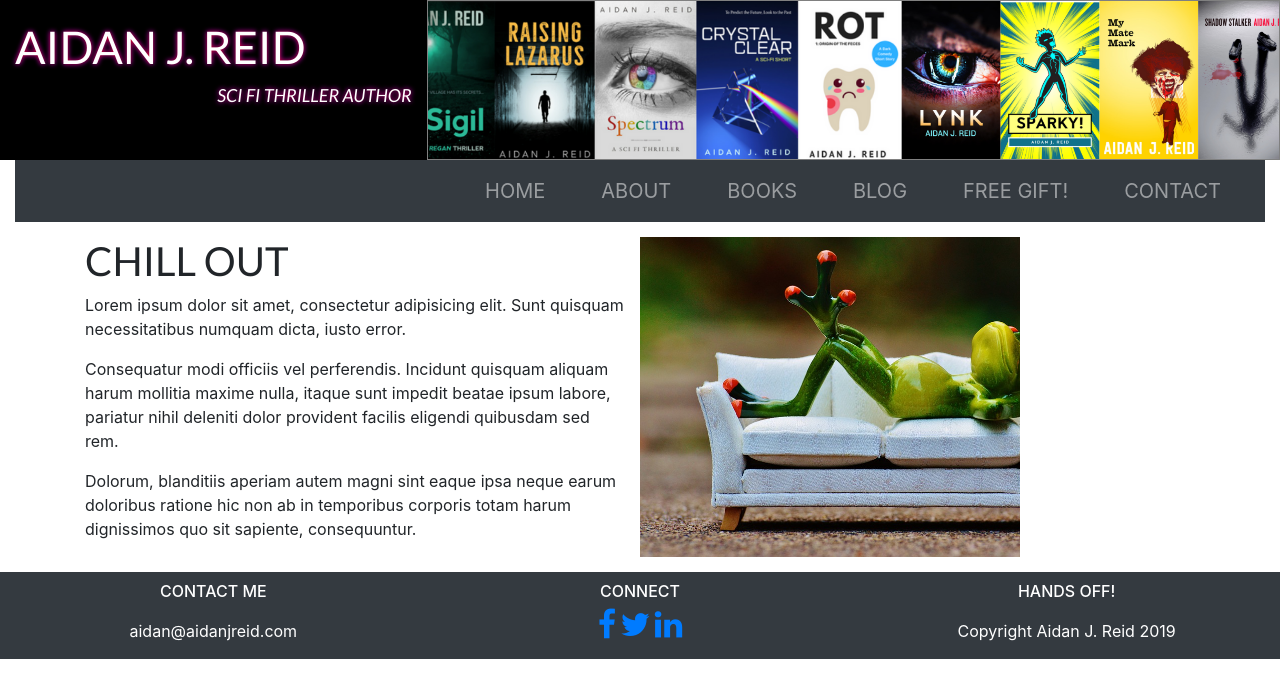
Repository: AidanJReid/Author-Website
Page: blog2.html
The author's editor kept a record of every edit. The page is drawn from the files as they stood at one moment, then again after the next edit.
The browser window is 1280 px wide. The pictures show the whole page.

Above is the page before.

### blog2.html
<!DOCTYPE html>
<html lang="en">

<head>
    <meta charset="UTF-8">
    <meta name="viewport" content="width=device-width, initial-scale=1.0">
    <meta http-equiv="X-UA-Compatible" content="ie=edge">
    <link rel="stylesheet" href="https://stackpath.bootstrapcdn.com/bootstrap/4.3.1/css/bootstrap.min.css" integrity="sha384-ggOyR0iXCbMQv3Xipma34MD+dH/1fQ784/j6cY/iJTQUOhcWr7x9JvoRxT2MZw1T" crossorigin="anonymous">
    <link rel="stylesheet" href="https://stackpath.bootstrapcdn.com/font-awesome/4.7.0/css/font-awesome.min.css" type="text/css" />
    <link href="https://fonts.googleapis.com/css?family=Lato:300i,400,400i,700,700i&display=swap" rel="stylesheet">
    <link rel="stylesheet" href="assets/css/style.css" type="text/css" />
    <title>Milestone Project 1</title>
</head>

<body>
    <header>
        <div class="container-fluid">
            <div class="row">
                <div class="col-4 logo">
                    <a href="index.html">
                        <h4 id="Name">Aidan J. Reid</h4>
                        <p id="Title"><em>Sci fi thriller author</em></p>
                    </a>
                </div>
                <div class="col-8 slides">
                </div>
            </div>
        </div>
        <div class="container-fluid">
            <nav class="navbar bg-dark navbar-dark navbar-expand-sm">
                <button class="navbar-toggler" type="button" data-toggle="collapse" data-target="#collapsibleNavbar">
                <span class="navbar-toggler-icon"></span>
                </button>
                <div class="collapse navbar-collapse justify-content-end" id="collapsibleNavbar">
                    <ul class="navbar-nav">
                        <li class="nav-item">
                            <a href="#home" class="nav-link">Home</a>
                        </li>
                        <li class="nav-item">
                            <a href="#welcome" class="nav-link">About</a>
                        </li>
                        <li class="nav-item">
                            <a href="#books" class="nav-link">Books</a>
                        </li>
                        <li class="nav-item">
                            <a href="#blog" class="nav-link">Blog</a>
                        </li>
                        <li class="nav-item">
                            <a href="#free" class="nav-link">Free Gift!</a>
                        </li>
                        <li class="nav-item">
                            <a href="#form" class="nav-link">Contact</a>
                        </li>
                    </ul>
                </div>
            </nav>
        </div>

    </header>

    <div class="container">
        <div class="row blog-content">
            <div class="col-6">
                <h1>Chill out</h1>
                <p>Lorem ipsum dolor sit amet, consectetur adipisicing elit. Sunt quisquam necessitatibus numquam dicta, iusto error. </p>
                <p>Consequatur modi officiis vel perferendis. Incidunt quisquam aliquam harum mollitia maxime nulla, itaque sunt impedit beatae ipsum labore, pariatur nihil deleniti dolor provident facilis eligendi quibusdam sed rem. </p>
                <p>Dolorum, blanditiis aperiam autem magni sint eaque ipsa neque earum doloribus ratione hic non ab in temporibus corporis totam harum dignissimos quo sit sapiente, consequuntur.</p>
            </div>
            <div class="col-4" id="frog">
            </div>
        </div>
    </div>

    <div class="container-fluid footer footer-dark bg-dark">
        <footer="container">
            <div class="row">
                <div class="col-sm-4 foot-col">
                    <h6>Contact Me</h6>
                    <p>aidan@aidanjreid.com</p>
                </div>
                <div class="col-sm-4 foot-col">
                    <h6>Connect</h6>
                    <a href="http://www.facebook.com/aidanjreid"><i class="fa fa-facebook fa-2x"></i></a>
                    <a href="http://www.twitter.com/aidanjreid"><i class="fa fa-twitter fa-2x"></i></a>
                    <a href="http://www.facebook.com/aidanjreid"><i class="fa fa-linkedin fa-2x"></i></a>
                </div>
                <div class="col-sm-4 foot-col">
                    <h6>Hands off!</h6>
                    <p>Copyright Aidan J. Reid 2019</p>
                </div>
            </div>
            </footer>
    </div>
</body>

</html>

### assets/css/style.css
/* --------------------------- MISC/FONTS */

#body-bg {
    background:url("../images/gen-bg2.png"); /*Free uncredited canva img as part of my subscription */
    background-size: contain;
    background-repeat: repeat;
}

h1 {
    font-family: 'Lato', sans-serif; /*link to style in html head*/
    text-transform: uppercase;
}

/* --------------------------- HEADER */

header {
    margin: 0px;
}

#Name {
    display: inline-block;
    font-size: 45px;
    width: 100%;
    padding-top: 20px;
}

.logo a {
    text-shadow: 0 0 5px #FF0000, 0 0 5px #0000FF;
    text-transform: uppercase;
    color: white;
}

.logo {
    background-color: black;
    font-family: 'Lato', sans-serif;
}

#Title {
    font-size: 18px;
    float: right;
}


/* --------------------------- Slide Gallery */

/* CSS Animation code found on Youtube - link in README.md */
/* all book cover images featured in slide are author's by copyright */

.slides {
    position: relative;
    background: url("../images/scroll.png");
    background-size: cover;
    background-position: 0 0;
    animation: animate 5s linear infinite;
    animation-direction: alternate;
    border: 1px solid gray;
    height: 160px;
}

@keyframes animate {
    from {
        background-position: 0 0;
    }
    to {
        background-position: 70% 0;
    }
}


/* --------------------------- NAV BAR */

.nav-item a {
    color: #f2f2f2;
    text-align: center;
    text-decoration: none;
    font-size: 20px;
    margin: 0 20px;
    text-transform: uppercase;
}

/* Can't get the sticky navbar to work! */

.navbar {
    position: sticky;
    top: 0;
}

/* --------------------------- BIO SECTION */

/* headshot, author's own image */

.smile {
    background: url("../images/smile.jpg");
    background-size: cover;
    background-repeat: no-repeat;
}

.bio {
    background-color: #f3f5d0;
    padding: 20px;
}

/* --------------------------- BOOKS SECTION */

.big-center-header {
    text-align: center;
    text-decoration: uppercase;
}


/* The flip card container - from w3 schools - https://www.w3schools.com/howto/howto_css_flip_card.asp */
.flip-card {
  background-color: transparent;
  width: 300px;
  height: 500px;
  border: 1px solid #f1f1f1;
  perspective: 1000px;
}

.flip-inner {
  position: relative;
  width: 100%;
  height: 100%;
  text-align: center;
  transition: transform 0.8s;
  transform-style: preserve-3d;
}

.flip-card:hover .flip-inner {
  transform: rotateY(180deg);
}

.flip-front, .flip-back {
  position: absolute;
  width: 100%;
  height: 100%;
  backface-visibility: hidden;
}

.flip-back {
    padding-top: 50%;
    text-align: center;
    background-color: rgba(0,0,0,0.20);
    color: white;
    transform: rotateY(180deg);
}

.flip-back hr {
    width: 10%;
    background-color: white;
}

/* flip styles customised to color scheme of cover*/

#sigback {
    background-color: #082E23;
    color: #2CBC9B;
}

#rlback {
    background-color: #212121;
    color: #FEBD49;
}

#yageback {
    background-color: #06284E;
    color: #18BDFF;
}

#pathback {
    background-color: #64DCF7;
    color: #FFFFFF;
}

#rotback {
    background-color: #FFFFFF;
    color: #212121;
}

#shortback {
    background-color: #DADADA;
    color: #4A7EC7;
}

/* container for book section styling */

.books {
    background-color: white;
    padding: 20px;
    margin-top: 20px;
    align-items: center;
}

.btn-light a {
    text-decoration: none;
}

/* button style/ */

.book-read {
    cursor: pointer;
    text-align: center;
    box-shadow: 0 8px 16px 0 rgba(0,0,0,0.2), 0 6px 20px 0 rgba(0,0,0,0.19);
    -webkit-transition-duration: 0.4s;
    -moz-transition-duration: 0.4s;
    transition-duration: 0.4s;
}

.book-read:hover {
  box-shadow: 0 12px 16px 0 rgba(0,0,0,0.24), 0 17px 50px 0 rgba(0,0,0,0.19);
}

/*----------------------- BLOG section*/

.card {
  box-shadow: 0 4px 8px 0 rgba(0,0,0,0.2);
  transition: 0.3s;
  border-radius: 5px;
}

.card:hover {
  box-shadow: 0 8px 16px 0 rgba(0,0,0,0.2);
}

.container-blog-item {
  padding: 2px 16px 10px 16px;
}

/* images and attributes in separate blog section below */

.blog-images {
    height: 250px;
    background-size: cover;
}

.blog-content {
    padding: 15px 0px 15px 0px;
}

h3 {
    padding-top: 15px;
}

/* blog container section*/

.blog {
    background-color: white;
    padding: 20px;
    margin-top: 20px;
}

.btn-warning a {
    text-decoration: none;
}

/*----------------------- FREE section*/

/* background img - href="https://unsplash.com/photos/Oaqk7qqNh_c */

.free {
    background:url("../images/unsplash.jpg");
    padding: 20px;
    background-attachment: fixed;
    background-position: center;
    background-repeat: no-repeat;
    background-size: cover;
    margin-top: 20px;
}

.jumbotron {
    padding: 16px 32px;
    margin-bottom: 0;
}

#fright {
    text-align: right;
}

#subscribe {
    float: left;
}

.btn-danger a {
    color: white;
    text-decoration: none;
}

.hr-main-sections {
    background-color: black;
}

/*----------------------- FORM section */

/* used https://www.w3schools.com/css/css_form.asp */

input[type=text] {
  width: 50%;
  padding: 10px 10px;
  margin: 8px 0;
  display: inline-block;
  border: 1px solid #ccc;
  border-radius: 4px;
  box-sizing: border-box;
}

input[type=email] {
  width: 50%;
  padding: 10px 10px;
  margin: 8px 0;
  display: inline-block;
  border: 1px solid #ccc;
  border-radius: 4px;
  box-sizing: border-box;
}

input[type=submit] {
  width: 100px;
  background-color: #4CAF50;
  color: white;
  padding: 10px 10px;
  border: none;
  border-radius: 4px;
  cursor: pointer;
}

input[type=submit]:hover {
  background-color: #45a049;
}

.form {
    text-align: right;
    height: 350px;
    padding-right: 20px;
    padding-top: 20px;
    border: 1px solid gray;
    background-color: white;
    margin-top: 20px;
}

/*----------------------- BLOG IMAGES SECTION */

/* criticism img courtesy of https://pixabay.com/?utm_source=link-attribution&utm_medium=referral&utm_campaign=image&utm_content=3083099 */

#critic {
    background: url("../images/criticism.jpg");
    background-size: contain;
    background-position: center;
    background-repeat: no-repeat;
}

/* frog img courtesy of https://pixabay.com/photos/frog-sofa-relaxation-rest-funny-1073427/*/

#frog {
    background: url("../images/frog.jpg");
    background-size: cover;
}

/* paperback img courtesy of author */

#paperback {
    background: url("../images/paperback.jpg");
    background-size: contain;
    background-position: center;
    background-repeat: no-repeat;
}

/*----------------------- FOOTER section*/

.footer p {
    color: white;
    padding-top: 10px;
}

.footer h6 {
    text-transform: uppercase;
    color: white;
    padding-top: 10px;
}

.foot-col {
    text-align: center;
}

After the next edit:
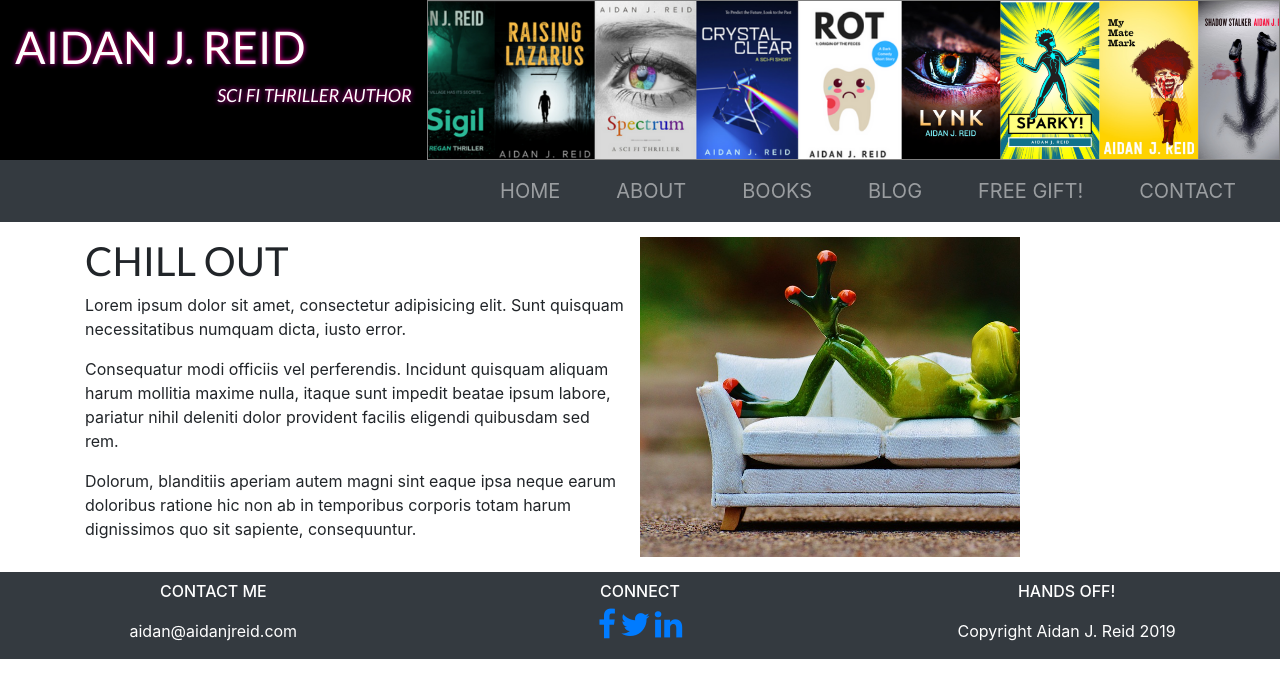
The edit:
--- a/blog2.html
+++ b/blog2.html
@@ -16,45 +16,44 @@
     <header>
         <div class="container-fluid">
             <div class="row">
-                <div class="col-4 logo">
+                <div class="col-xs-12 col-md-4 logo">
                     <a href="index.html">
                         <h4 id="Name">Aidan J. Reid</h4>
                         <p id="Title"><em>Sci fi thriller author</em></p>
                     </a>
                 </div>
-                <div class="col-8 slides">
+                <div class="col-md-8 slides">
                 </div>
             </div>
         </div>
-        <div class="container-fluid">
-            <nav class="navbar bg-dark navbar-dark navbar-expand-sm">
-                <button class="navbar-toggler" type="button" data-toggle="collapse" data-target="#collapsibleNavbar">
+
+        <nav class="navbar bg-dark navbar-dark navbar-expand-sm sticky-top">
+            <button class="navbar-toggler" type="button" data-toggle="collapse" data-target="#collapsibleNavbar">
                 <span class="navbar-toggler-icon"></span>
                 </button>
-                <div class="collapse navbar-collapse justify-content-end" id="collapsibleNavbar">
-                    <ul class="navbar-nav">
-                        <li class="nav-item">
-                            <a href="#home" class="nav-link">Home</a>
-                        </li>
-                        <li class="nav-item">
-                            <a href="#welcome" class="nav-link">About</a>
-                        </li>
-                        <li class="nav-item">
-                            <a href="#books" class="nav-link">Books</a>
-                        </li>
-                        <li class="nav-item">
-                            <a href="#blog" class="nav-link">Blog</a>
-                        </li>
-                        <li class="nav-item">
-                            <a href="#free" class="nav-link">Free Gift!</a>
-                        </li>
-                        <li class="nav-item">
-                            <a href="#form" class="nav-link">Contact</a>
-                        </li>
-                    </ul>
-                </div>
-            </nav>
-        </div>
+            <div class="collapse navbar-collapse justify-content-end" id="collapsibleNavbar">
+                <ul class="navbar-nav">
+                    <li class="nav-item">
+                        <a href="index.html#home" class="nav-link">Home</a>
+                    </li>
+                    <li class="nav-item">
+                        <a href="#welcome" class="nav-link">About</a>
+                    </li>
+                    <li class="nav-item">
+                        <a href="#books" class="nav-link">Books</a>
+                    </li>
+                    <li class="nav-item">
+                        <a href="#blog" class="nav-link">Blog</a>
+                    </li>
+                    <li class="nav-item">
+                        <a href="#free" class="nav-link">Free Gift!</a>
+                    </li>
+                    <li class="nav-item">
+                        <a href="#form" class="nav-link">Contact</a>
+                    </li>
+                </ul>
+            </div>
+        </nav>
 
     </header>
 
